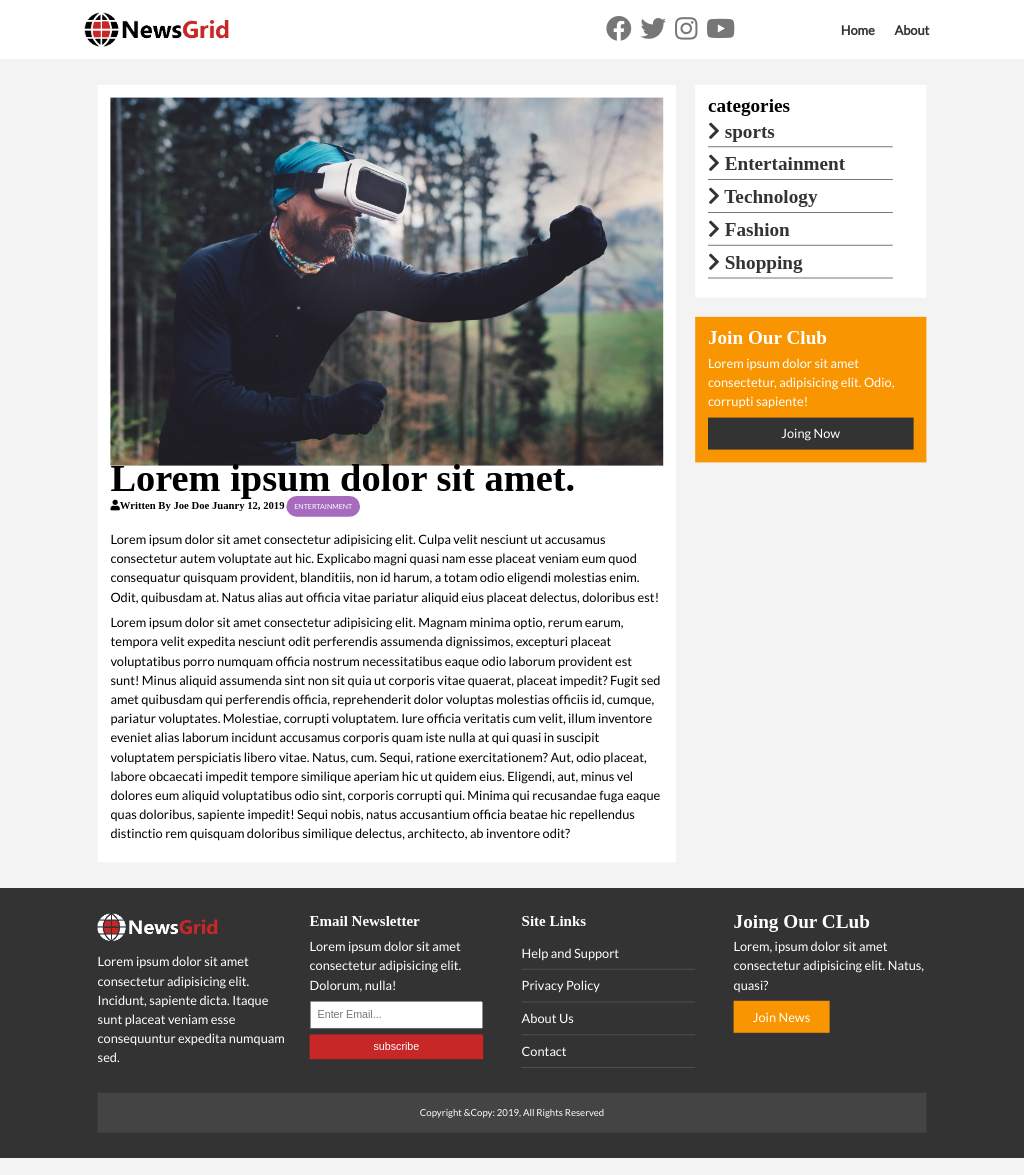
Repository: EswinGiova/NewsGrid
Page: article.html
An editor plug-in stored every save of this project. The page is shown before and after the next save, followed by the edit.
The browser window is 1280 px wide. The pictures show the whole page, at 80% of full size.
Some web libraries are served in a nearby version.

Above is the page before, as saved 2020-09-20 19:36:08.

After the next save:
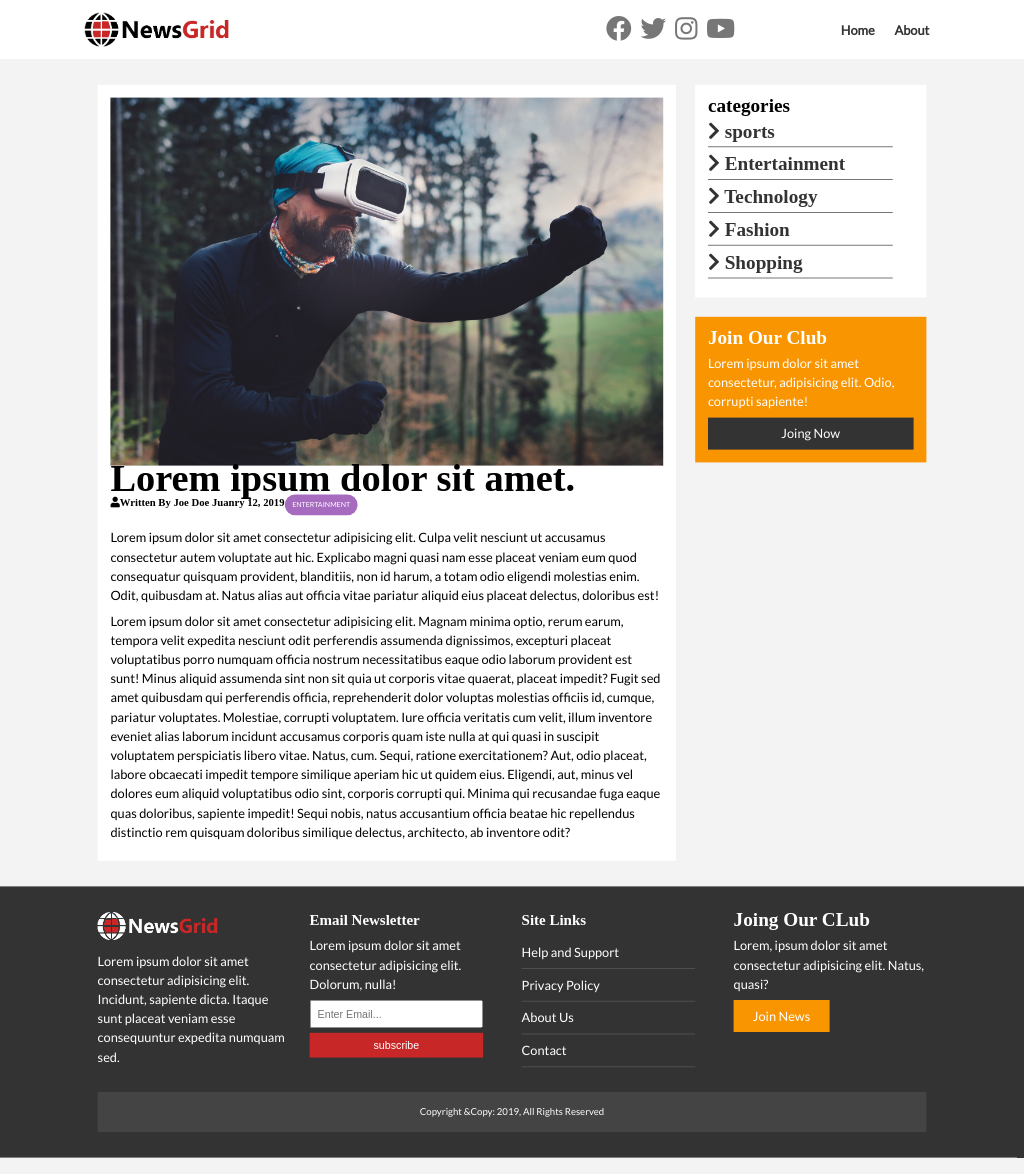
Saved 90 s later.
--- a/css/style.css
+++ b/css/style.css
@@ -284,6 +284,10 @@ h6 {
   grid-column: 2 / span 2;
 }
 
+#article .meta {
+  display: flex;
+}
+
 /* footer */
 #main-footer {
   background: var(--dark-color);
